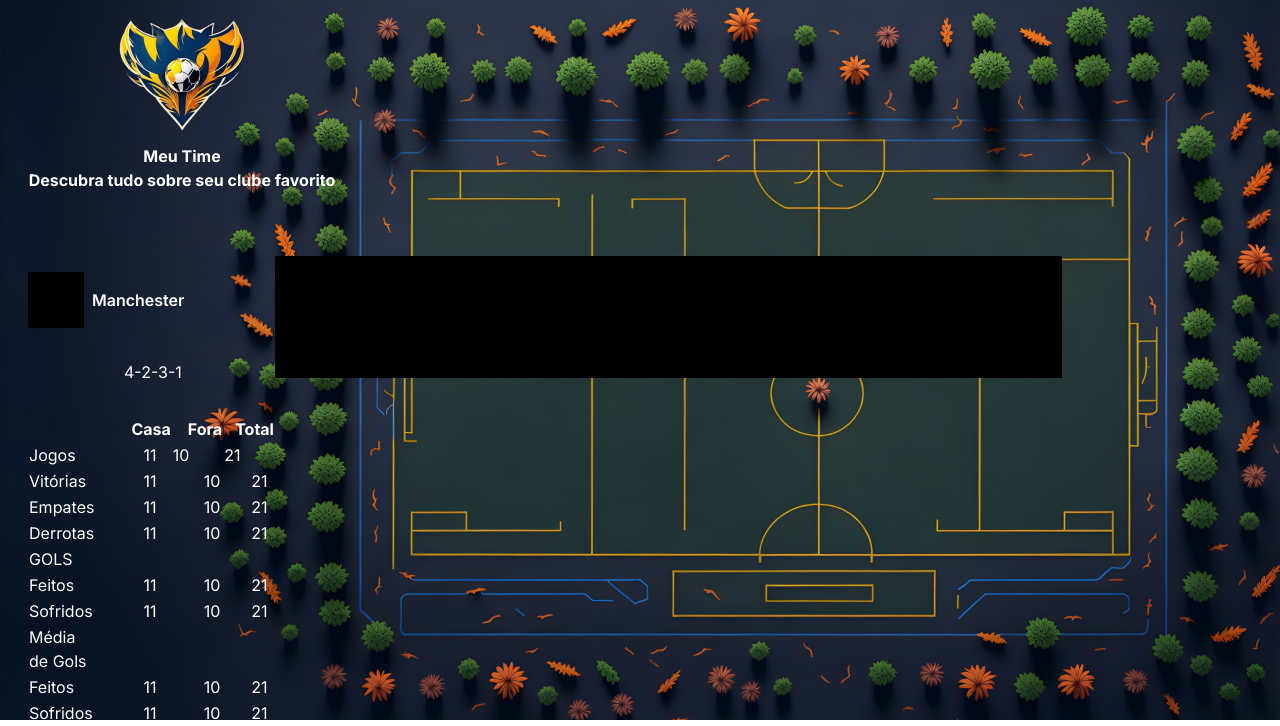
Repository: LuizAGDomingues/MeuTimeApp
Page: /statistics
These files come from the project's save history. The page is drawn as it stood at one moment and after the next save; the edit follows.
The browser window is 1280 px wide. The pictures show the whole page.
The project was rebuilt for these pictures with package versions that can differ from the ones it lists, and the page was loaded fresh each time. The framework's server and built-in components were replaced by stand-ins that run in the browser. Also part of the build but not shown: next.config.js.

Above is the page before, as saved 2023-05-26 14:21:16.

After the next save:
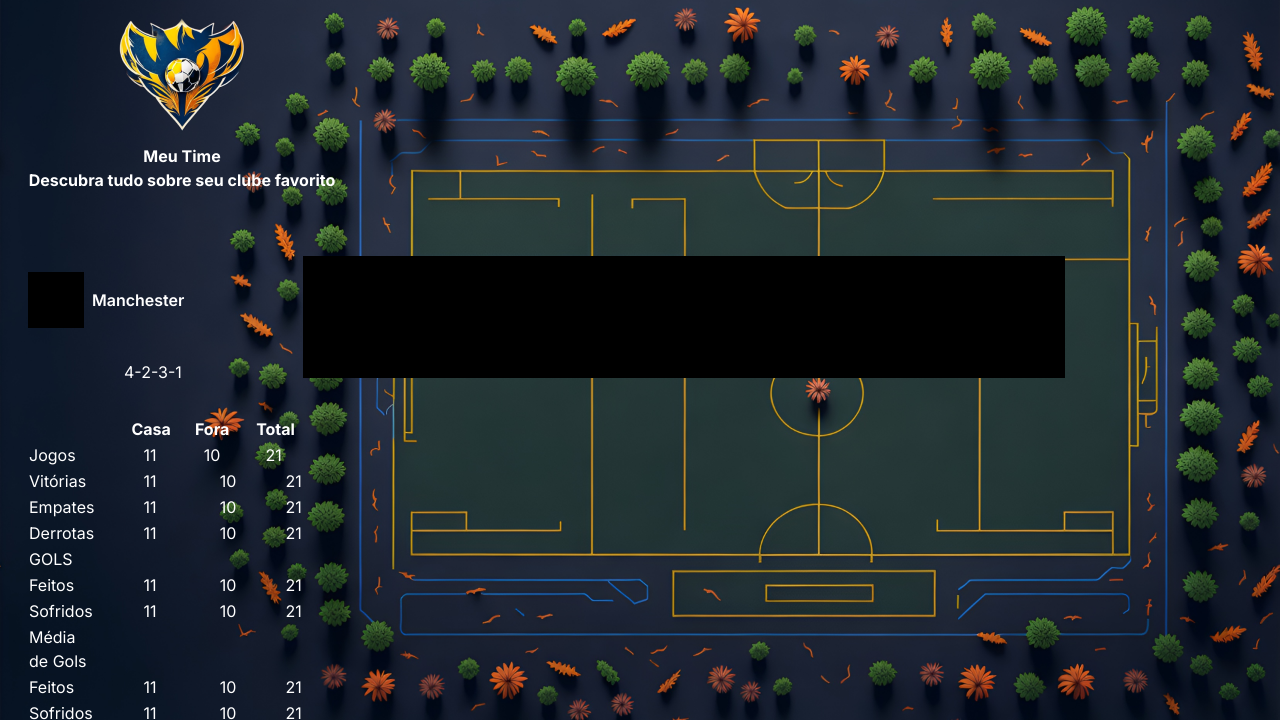
Saved 16 s later.
--- a/src/app/statistics/page.tsx
+++ b/src/app/statistics/page.tsx
@@ -73,26 +73,26 @@ function page() {
               <tr>
                 <td>Jogos</td>
                 <td className="pl-12">11</td>
-                <td className="pl8">10</td>
-                <td className="pl7">21</td>
+                <td className="pl-8">10</td>
+                <td className="pl-7">21</td>
               </tr>
               <tr>
                 <td>Vitórias</td>
                 <td className="pl-12">11</td>
-                <td className="pl-8">10</td>
-                <td className="pl-7">21</td>
+                <td className="pl-12">10</td>
+                <td className="pl-12">21</td>
               </tr>
               <tr>
                 <td>Empates</td>
                 <td className="pl-12">11</td>
-                <td className="pl-8">10</td>
-                <td className="pl-7">21</td>
+                <td className="pl-12">10</td>
+                <td className="pl-12">21</td>
               </tr>
               <tr>
                 <td>Derrotas</td>
                 <td className="pl-12">11</td>
-                <td className="pl-8">10</td>
-                <td className="pl-7">21</td>
+                <td className="pl-12">10</td>
+                <td className="pl-12">21</td>
               </tr>
 
               <tr>
@@ -101,14 +101,14 @@ function page() {
               <tr>
                 <td>Feitos</td>
                 <td className="pl-12">11</td>
-                <td className="pl-8">10</td>
-                <td className="pl-7">21</td>
+                <td className="pl-12">10</td>
+                <td className="pl-12">21</td>
               </tr>
               <tr>
                 <td>Sofridos</td>
                 <td className="pl-12">11</td>
-                <td className="pl-8">10</td>
-                <td className="pl-7">21</td>
+                <td className="pl-12">10</td>
+                <td className="pl-12">21</td>
               </tr>
 
               <tr>
@@ -117,14 +117,14 @@ function page() {
               <tr>
                 <td>Feitos</td>
                 <td className="pl-12">11</td>
-                <td className="pl-8">10</td>
-                <td className="pl-7">21</td>
+                <td className="pl-12">10</td>
+                <td className="pl-12">21</td>
               </tr>
               <tr>
                 <td>Sofridos</td>
                 <td className="pl-12">11</td>
-                <td className="pl-8">10</td>
-                <td className="pl-7">21</td>
+                <td className="pl-12">10</td>
+                <td className="pl-12">21</td>
               </tr>
             </tbody>
           </table>
